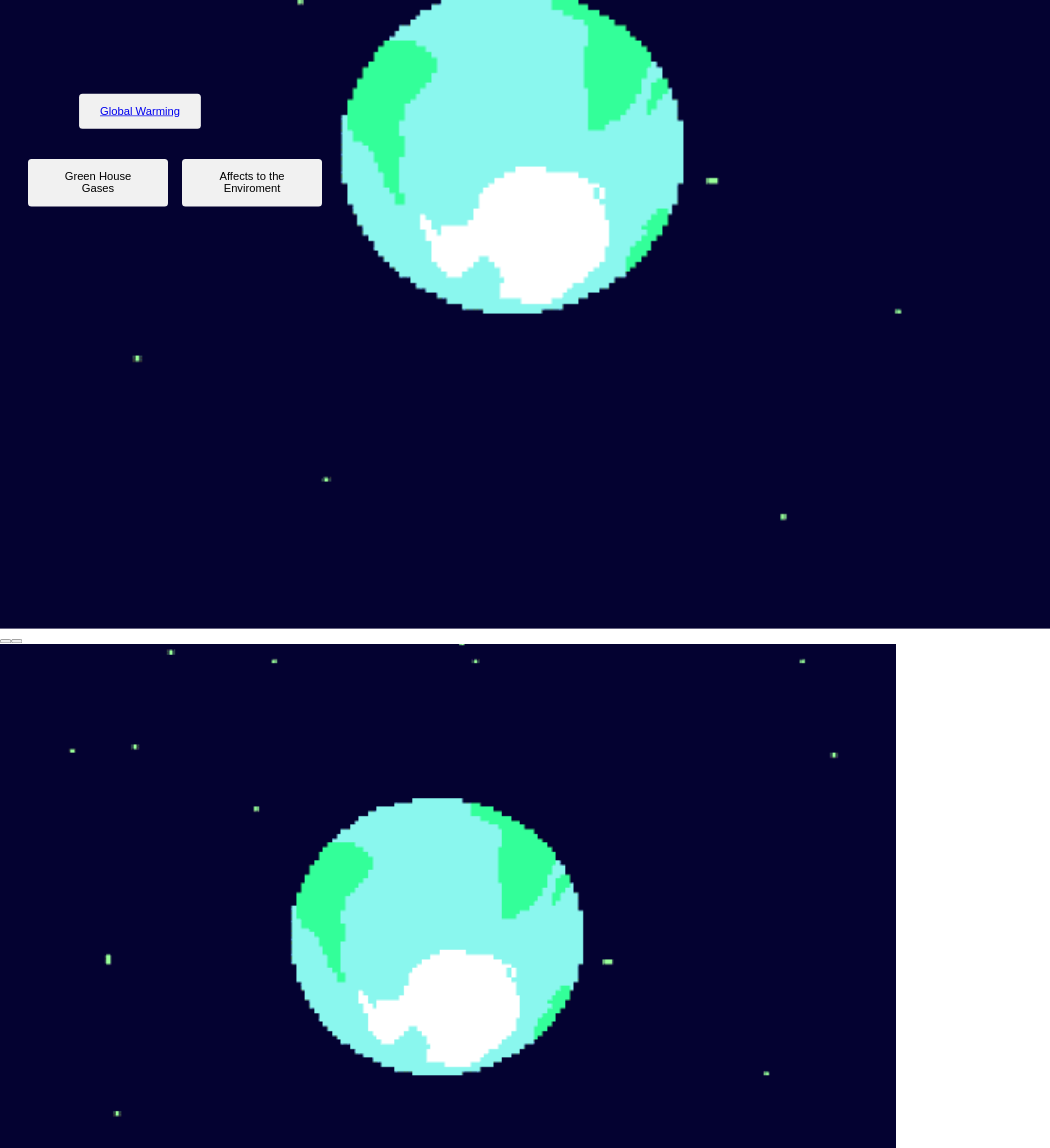
Repository: Alejandra-Pelayo/Alejandra-Pelayo.github.io
Page: 2.1.4/button_example.html
The author's editor kept a record of every edit. The page is drawn from the files as they stood at one moment, then again after the next edit.
The browser window is 1280 px wide. The page is 1500 px wide, so the pictures cover 1500 px, including what lies to the right of the window. The pictures show the part of the page from y = 620 to 2260 px (the page is 2260 px tall before and 1540 px after), at 70% of full size.

Above is the page before.

After the next edit:
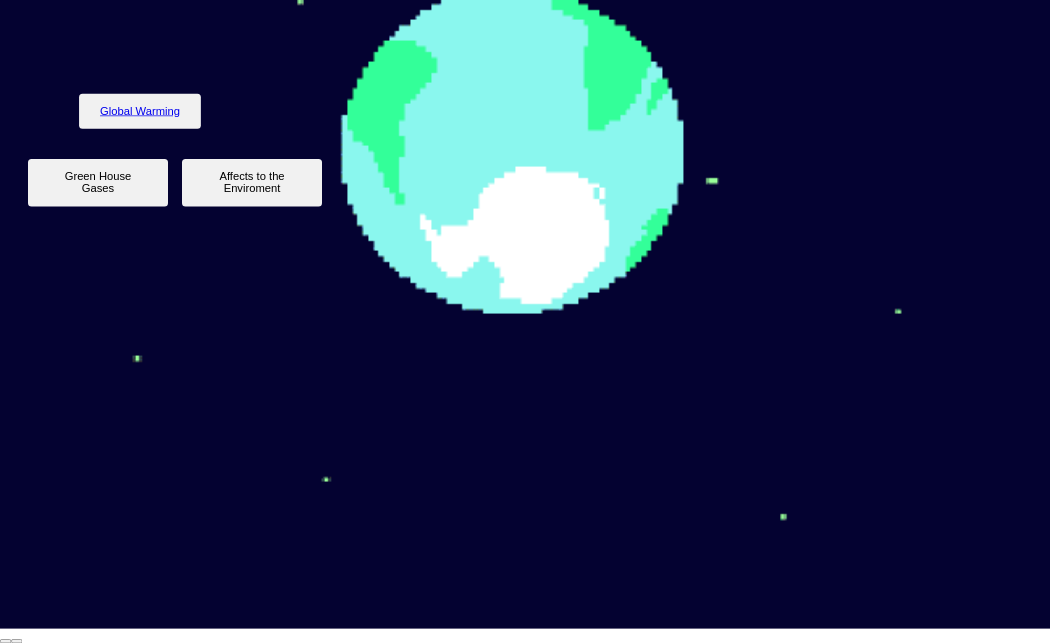
The edit:
--- a/2.1.4/button_example.html
+++ b/2.1.4/button_example.html
@@ -121,10 +121,5 @@
   /* Center and scale the image nicely */
  /* background-position: center;
   background-repeat: no-repeat;
-  background-size: cover;
+  background-size: cover;*/
 }
-</style>
-</head>
-<body>
-
-<div class="bg"></div>
